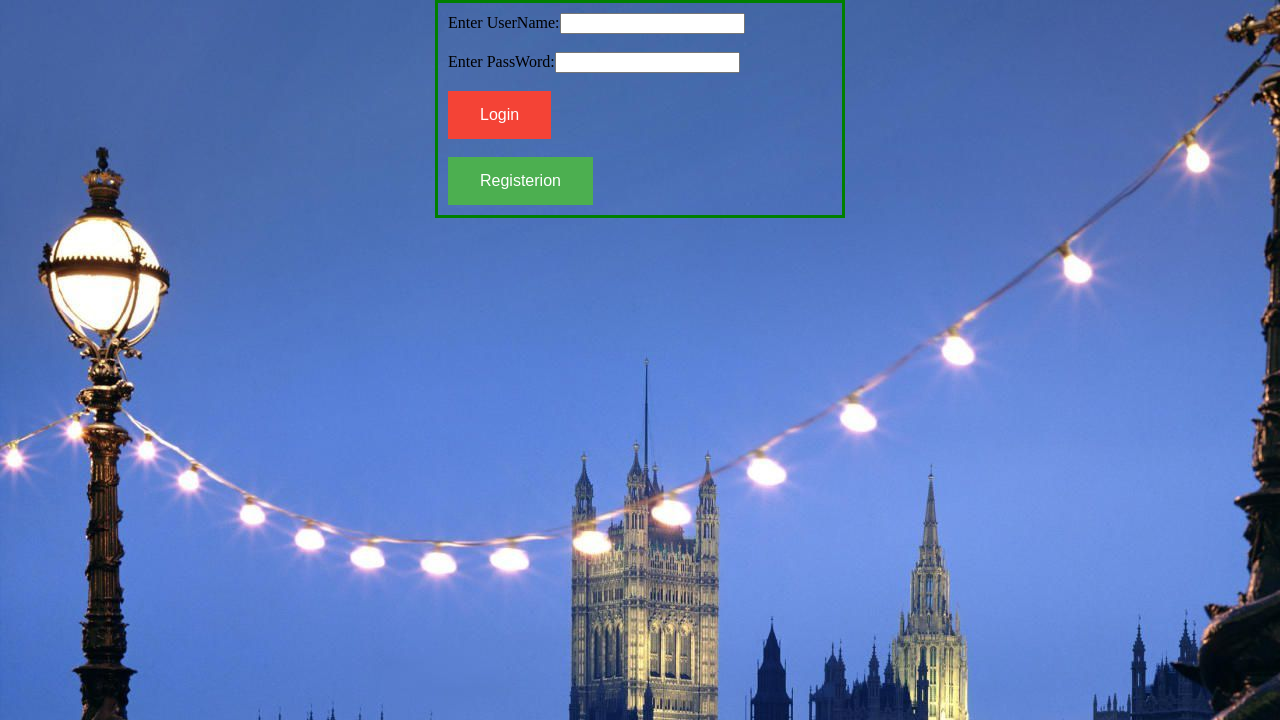
Repository: srikanthModugu/jdbc-servlet-jsp
Page: SutudentRegistration/WebContent/LoginPage.html
The author's editor kept a copy of each file at every save. The page is drawn from the files as they stood at one save, then again after the next save.
The browser window is 1280 px wide. The pictures show the whole page.

Above is the page before, as saved 2017-10-02 14:32:43.

After the next save:
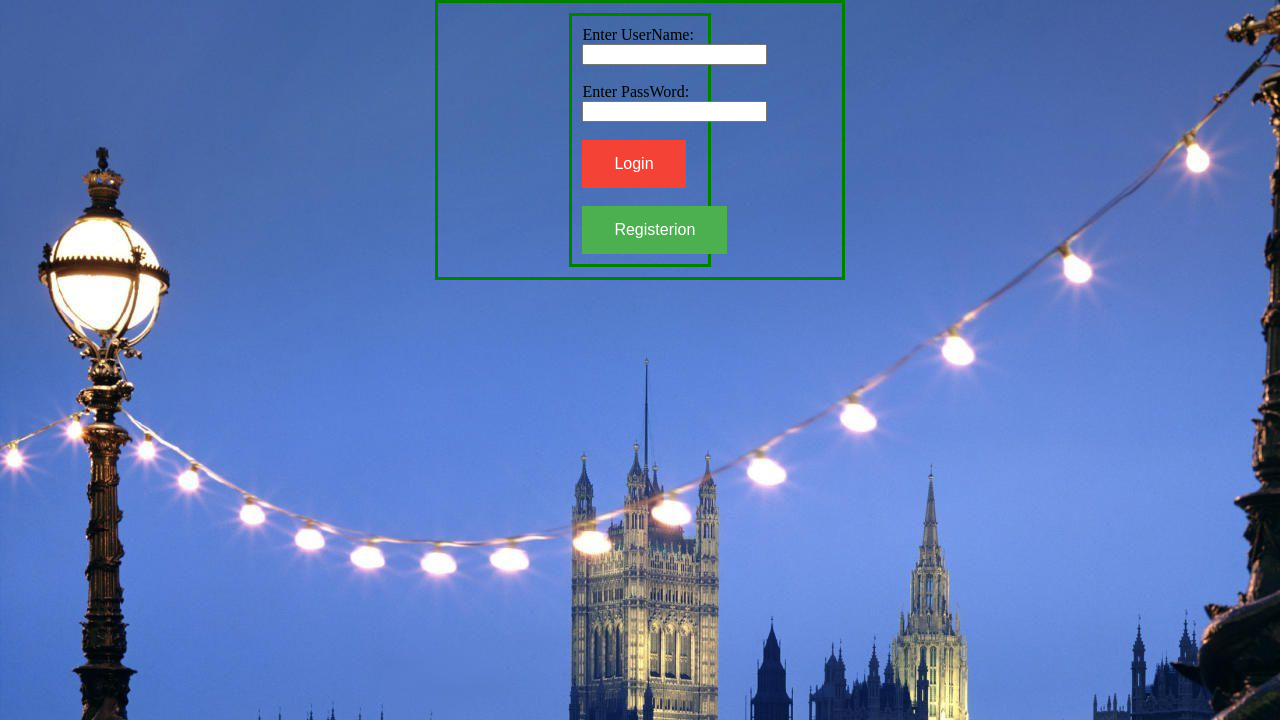
Saved 42 s later.
--- a/SutudentRegistration/WebContent/LoginPage.html
+++ b/SutudentRegistration/WebContent/LoginPage.html
@@ -26,7 +26,7 @@
 </head>
 
 <body class="center" background="secongBg.jpg">
-<form action="login" method="get">
+<form action="login" method="get" class="center">
 
 Enter UserName:<input type="text" name="Uname"/><br><br>
 Enter PassWord:<input type="text" name="passWord"/><br><br>
